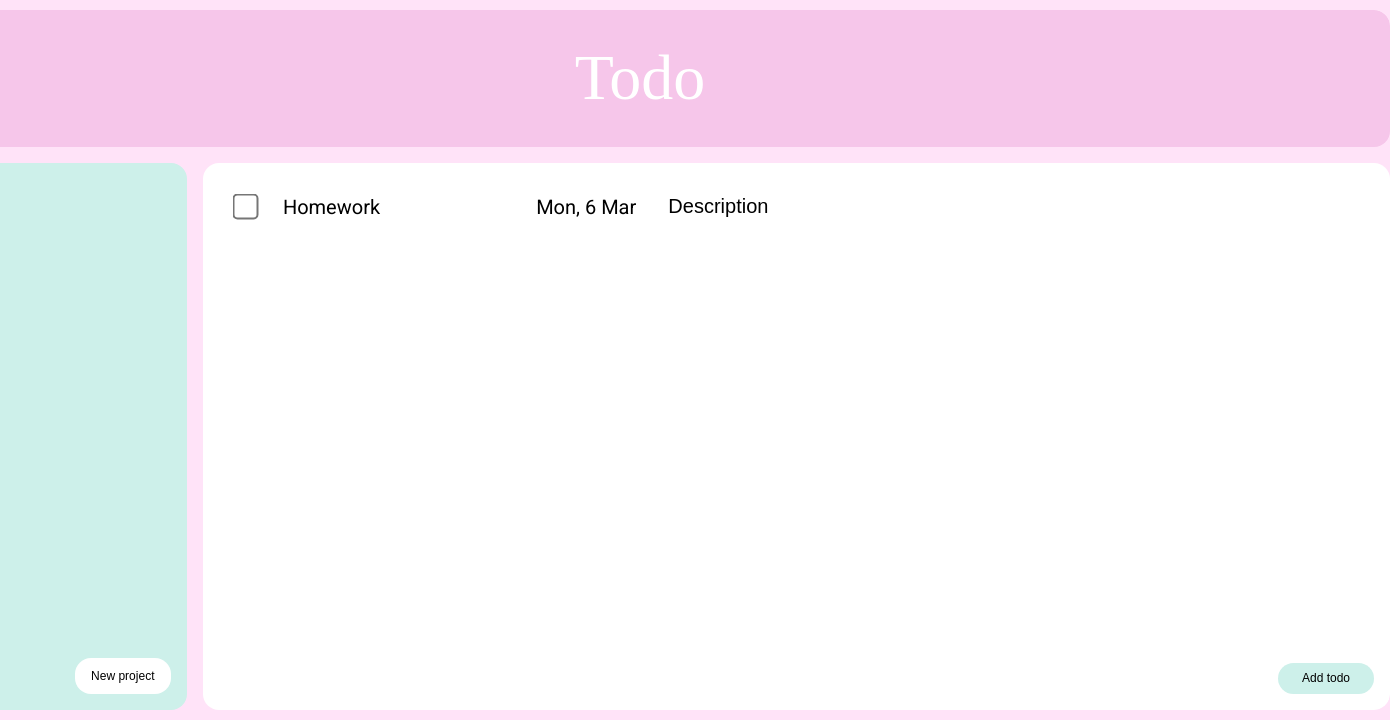
Repository: yeetzpxoci/todo-list
Page: dist/index.html
An editor plug-in stored every save of this project. The page is shown before and after the next save, followed by the edit.
The browser window is 1280 px wide. The page is 1390 px wide, so the pictures cover 1390 px, including what lies to the right of the window. The pictures show the whole page.
Some web fonts or font styles are not loaded; a fallback is used.

Above is the page before, as saved 2023-03-07 17:19:34.
Console error: ReferenceError: projectNameSubmit is not defined

### dist/index.html
<!DOCTYPE html>
<html lang="en">
<head>
    <meta charset="UTF-8">
    <meta http-equiv="X-UA-Compatible" content="IE=edge">
    <meta name="viewport" content="width=device-width, initial-scale=1.0">
    <title>Todo List</title>
    <link rel="stylesheet" href="styles.css">
    <link rel="preconnect" href="https://fonts.googleapis.com">
    <link rel="preconnect" href="https://fonts.gstatic.com" crossorigin>
    <link href="https://fonts.googleapis.com/css2?family=Tilt+Warp&display=swap" rel="stylesheet">
    <link href="https://fonts.googleapis.com/css2?family=Roboto&family=Tilt+Warp&display=swap" rel="stylesheet">
</head>
<body>

<script src="main.js"></script>
</body>
</html>

### dist/styles.css
body, html {
    margin:0;
    padding: 0;
}

body {
    min-height: 100vh;
    display: flex;
    flex-direction: column;
    justify-content: center;
    align-items: center;
    font-family: 'Roboto';
    background-color: #ffe3f8;
}

p {
    margin: 0;
    padding: 0;
}

#content {
    width: 1500px;
    height: 700px;
    display: grid;
    grid-template-columns: 1fr 4fr;
    grid-template-rows: 1fr 4fr;
    background-color: #ffe3f8;
    z-index: 0;
    overflow: hidden;
    border-radius: 16px;
    gap: 16px;
}

#header {
    display: flex;
    justify-content: center;
    align-items: center;
    background-color: #F6C6EA;
    font-size: 64px;
    font-family: 'Tilt Warp', cursive;
    grid-column: 1 / 3;
    grid-row: 1 / 2;
    z-index: 1;
    border-radius: 16px;
}

#header p {
    margin: 24px;
    padding: 0;
    color: white;
}

#sidebar {
    display: flex;
    flex-direction: column;
    background-color: #CDF0EA   ;
    grid-column: 1 / 2;
    grid-row: 2 / 3;
    z-index: -1;
    padding-left: 24px;
    padding-top: 24px;
    border-radius: 16px;
}

#projects-div {
    display: flex;
    flex-direction: column;
    width: 100%;
}

#add-project {
    align-self: flex-end;
    border-radius: 16px;
    border-width: 0;
    height: 36px;
    width: 96px;
    font-size: 12px;
    margin-top: auto;
    margin-right: 16px;
    margin-bottom: 16px;
    background-color: white;
    cursor: pointer;
}

#add-todo {
    align-self: flex-end;
    border-radius: 16px;
    border-width: 0;
    height: 36px;
    width: 96px;
    font-size: 12px;
    margin-top: auto;
    margin-bottom: 16px;
    margin-right: 16px;
    background-color: #CDF0EA;
    cursor: pointer;
}

.project-name {
    font-size: 32px;
    font-weight: bold;
    cursor: pointer;
}

#todos-wrapper {
    display: flex;
    flex-direction: column;
    gap: 16px;
    background-color: white;
    border-radius: 16px;
}

#todos {
    height: 100%;
    display: grid;
    grid-template-columns: 1fr 1fr;
    grid-auto-rows: 20%;
    column-gap: 16px;
    padding-left: 16px;
    padding-right: 16px;
    margin-top: 16px;
    overflow: scroll;
}

.todo, .todo-high, .todo-medium, .todo-low {
    display: flex;
    justify-content: space-between;
    align-items: center;
    height: 60%;
    border-radius: 16px;
    padding-left: 16px;
    padding-right: 16px;
    font-size: 20px;
}

.todo-high {
    background-color: #FFCBCB;
}

.todo-medium {
    background-color: #FFFDDE;
}

.todo-low {
    background-color: #E7FBBE;
}

.due {
    padding-left: 128px;
}

.checkbox {
    transform: scale(2);
}

.description {
    background-color: #caf1ff;
    border-radius: 16px;
    border-width: 0px;
    font-size: 20px;
    padding: 4px;
    cursor: pointer;
    background-color: transparent;
}

#description-div {
    display: none;
    flex-direction: column;
    flex-wrap: wrap;
    background-color: #F9F9F9;
    width: 25%;
    height: 40%;
    border-radius: 16px;
    padding: 16px;
    position: absolute;
    margin-left: auto;
    margin-right: auto;
    left: 0;
    right: 0;
    z-index: 2;
    box-shadow: 0 0 0 1600px rgba(0, 0, 0, 0.65);
}

#description-text {
    justify-content: baseline;
}

#close-button {
    margin-top: -8px;
    margin-right: -8px;
    font-weight: bold;
    width: 24px;
    height: 24px;
    align-self: flex-end;
    background-color: transparent;
    border: transparent;
    cursor: pointer;
}

#new-project-form {
    display: none;
    flex-direction: column;
    align-items: center;
    gap: 8px;
    flex-wrap: wrap;
    background-color: #F9F9F9;
    width: 20%;
    height: 10%;
    border-radius: 16px;
    padding: 16px;
    position: absolute;
    margin-left: auto;
    margin-right: auto;
    left: 0;
    right: 0;
    top: 256px;
    z-index: 2;
    box-shadow: 0 0 0 1600px rgba(0, 0, 0, 0.65);
}

#new-todo-form {
    display: none;
    flex-direction: column;
    align-items: center;
    gap: 8px;
    flex-wrap: wrap;
    background-color: #F9F9F9;
    width: 20%;
    height: 20%;
    border-radius: 16px;
    padding: 16px;
    position: absolute;
    margin-left: auto;
    margin-right: auto;
    left: 0;
    right: 0;
    top: 256px;
    z-index: 2;
    box-shadow: 0 0 0 1600px rgba(0, 0, 0, 0.65);
}

### dist/main.js
(()=>{"use strict";let e=[];function t(e){return{name:e,todos:[]}}let n=t("Default");function o(){for(let e=0;e<projects.length;e++){const t=document.createElement("p");t.className="project-name",t.innerHTML=projects[e].name,sidebarDiv.append(t)}}function c(){sidebarDiv.innerHTML=""}n.todos.push({title:"Homework",description:"Networks and Security bTCP Homework",dueDate:"Mon, 6 Mar",priority:"High"}),e.push(n),function(e){const t=document.createElement("div");t.id="content";const n=document.createElement("div");n.id="header";const d=document.createElement("p");d.innerHTML="Todo",n.append(d);const i=document.createElement("div");i.id="sidebar";const a=document.createElement("button");a.id="add-project",a.innerHTML="New project",a.addEventListener("click",(function(){document.getElementById("new-project-form").style.display="flex"})),i.append(a);const s=document.createElement("div");s.id="todos-wrapper";const r=document.createElement("div");r.id="todos";const m=document.createElement("button");m.id="add-todo",m.innerHTML="Add todo",s.append(r,m);const l=document.createElement("button");l.id="close-button",l.innerHTML="X",l.addEventListener("click",(function(){this.parentElement.style.display="none"}));for(let t=0;t<e[0].todos.length;t++){const n=document.createElement("div");n.className="todo";const o=document.createElement("input");o.className="checkbox",o.type="checkbox";const c=document.createElement("p");c.innerHTML=e[0].todos[t].title,c.className="todo-name";const d=document.createElement("p");d.innerHTML=e[0].todos[t].dueDate,d.className="due";const i=document.createElement("p");i.id="description-text",i.innerHTML=e[0].todos[t].description;const a=l.cloneNode(!0);a.addEventListener("click",(function(){this.parentElement.style.display="none"}));const s=document.createElement("div");s.id="description-div",s.append(a,i);const m=document.createElement("button");m.innerHTML="Description",m.className="description",m.addEventListener("click",(function(){this.previousElementSibling.style.display="flex"})),n.append(o,c,d,s,m),r.append(n)}const p=document.createElement("form");p.id="new-project-form",p.onsubmit=function(e){e.preventDefault()};const u=document.createElement("input");u.id="project-name-input",u.type="text",u.placeholder="Project name";const E=document.createElement("input");E.type="submit",E.value="Add project",E.addEventListener("click",(function(){c(),o(),this.parentElement.style.display="none"})),p.append(l,u,E),t.append(n,i,s,p),document.body.appendChild(t)}(e),projectNameSubmit.addEventListener("click",(function(){!function(n){let o=t(document.getElementById("project-name-input").value);e.push(o)}(),sidebarDiv.innerHTML="",function(){for(let t=0;t<e.length;t++){const n=document.createElement("p");n.className="project-name",n.innerHTML=e[t].name,sidebarDiv.append(n)}}(),this.parentElement.style.display="none"}))})();

After the next save:
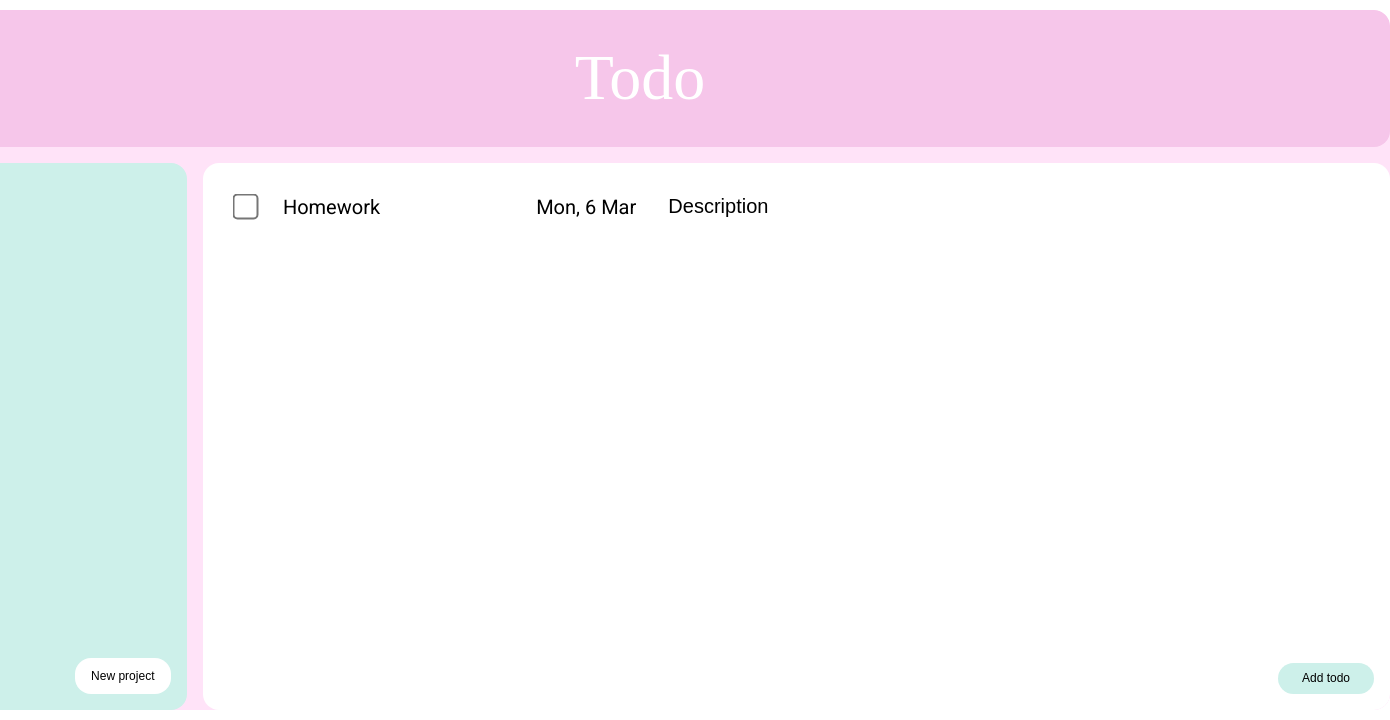
Saved 32 s later.
--- a/dist/styles.css
+++ b/dist/styles.css
@@ -10,7 +10,7 @@ body {
     justify-content: center;
     align-items: center;
     font-family: 'Roboto';
-    background-color: #ffe3f8;
+    background-color: white;
 }
 
 p {
